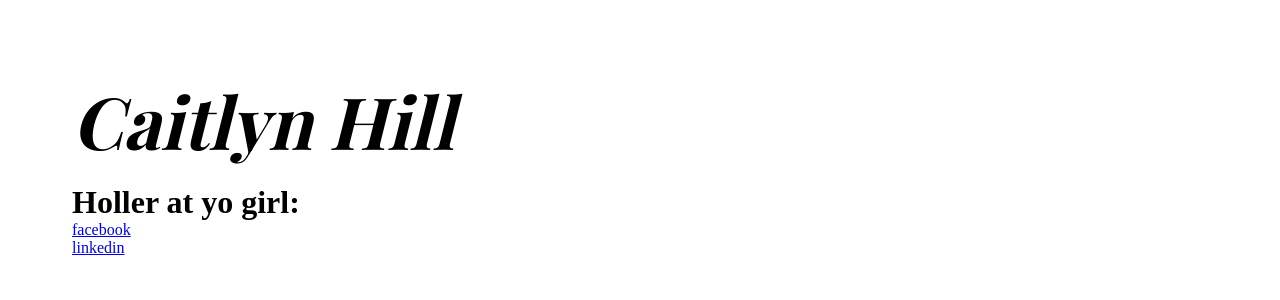
Repository: hillgang/hillgang.github.io
Page: index.html
An editor plug-in stored every save of this project. The page is shown before and after a run of saves, followed by the edit.
The browser window is 1280 px wide. The pictures show the whole page.
Some web fonts or font styles are not loaded; a fallback is used.

Above is the page before, as saved 2019-07-31 23:25:07.

### index.html
<!DOCTYPE html>
<html lang="en">
<head>
    <meta charset="UTF-8">
    <meta name="viewport" content="width=device-width, initial-scale=1.0">
    <meta http-equiv="X-UA-Compatible" content="ie=edge">
    <title>Caitlyn Hill Website</title>
    <link href="https://fonts.googleapis.com/css?family=Alice|Playfair+Display:400,400i,700,700i&display=swap" rel="stylesheet">
    <style>
        * {
            margin: 0;
            padding: 0;
        }
        article {
            padding: 72px;
        }
        h1 {
            font-family: 'Playfair Display', serif;
            font-weight: 700;

        }
        h1 {
            font-size: 72px;
            font-style: italic;
        }
        h2  {
            font-family: 'Alice', serif;
            font-size: 32px;
            margin: 16px 0 0 0;
        }
        p, a, li {
            font-family: 'Alice', serif;
            list-style: none;
        }
    </style>
</head>
<body>
    <article>
    <h1>Caitlyn Hill</h1>
    <h2>Holler at yo girl:</h2>

    <ul>
        <li><a href="https://www.facebook.com/caitlyn.hill.39">facebook</a></li>
        <li><a href="https://www.linkedin.com/in/caitlyn-hill-b12409190/">linkedin</a></li>
    </ul>
    </article>
</body>
</html>

After the next 2 saves:
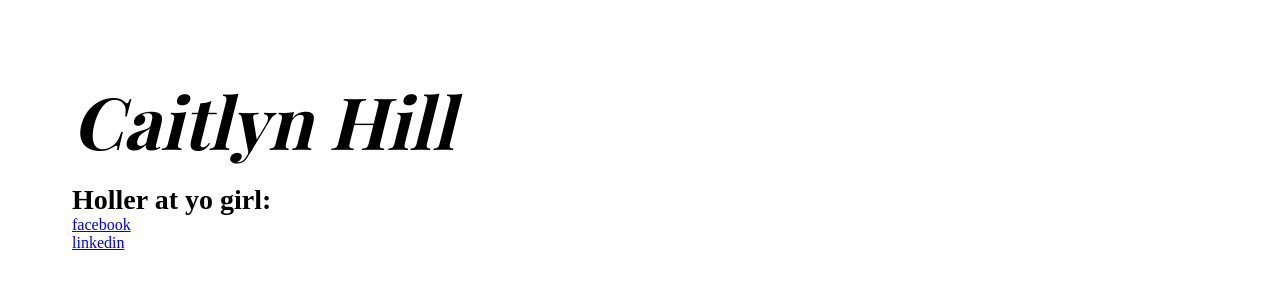
The 2 saves are shown as one change because they came seconds apart.
The last was saved 6 s later.
--- a/index.html
+++ b/index.html
@@ -25,7 +25,7 @@
         }
         h2  {
             font-family: 'Alice', serif;
-            font-size: 32px;
+            font-size: 28px;
             margin: 16px 0 0 0;
         }
         p, a, li {
